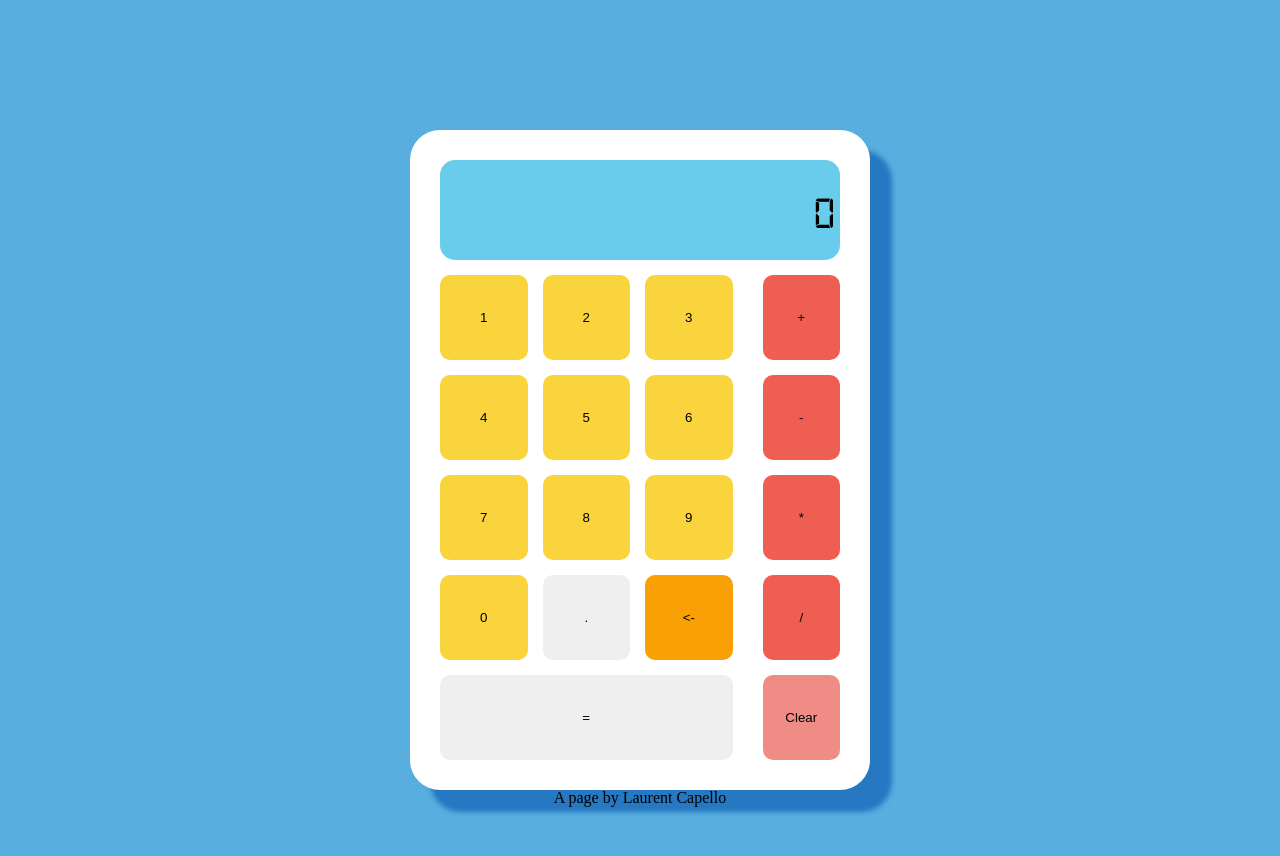
Repository: sokafootball/js-calculator
Page: index.html
The author's editor kept a copy of each file at every save. The page is drawn from the files as they stood at one save, then again after the next save.
The browser window is 1280 px wide. The pictures show the whole page.

Above is the page before, as saved 2020-05-06 20:34:02.

After the next save:
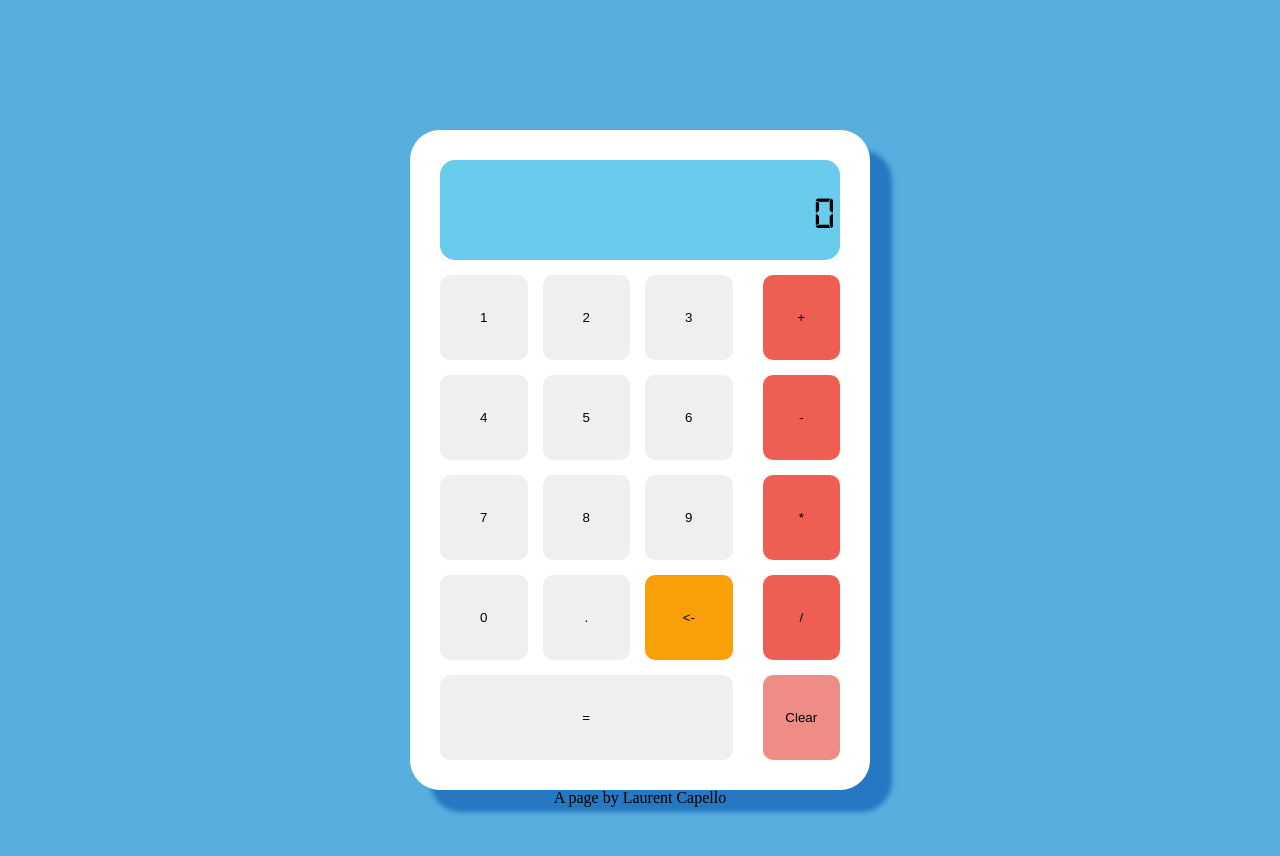
Saved 11 s later.
--- a/style.css
+++ b/style.css
@@ -89,7 +89,7 @@ body{
   grid-template-rows: repeat(4, 1fr);
 }
 
-.num-button{
+.num-button #decimal-button{
   background-color: hsl(48, 95%, 61%);
 }
 /*
